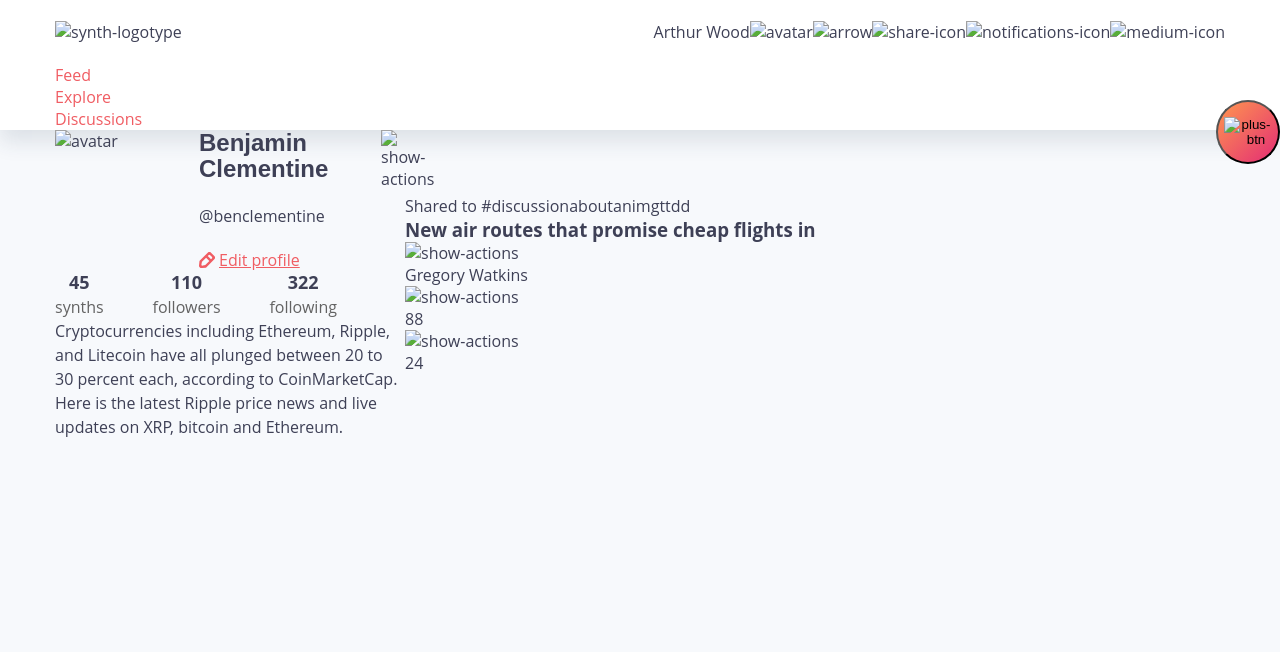
Repository: ecspetra/swivl-test-task
Page: index.html
An editor plug-in stored every save of this project. The page is shown before and after the next save, followed by the edit.
The browser window is 1280 px wide. The pictures show the whole page.

Above is the page before, as saved 2021-12-09 20:56:50.

### index.html
<!DOCTYPE html>
<html lang="en">

<head>
    <meta charset="UTF-8">
    <meta http-equiv="X-UA-Compatible" content="IE=edge">
    <meta name="viewport" content="width=device-width, initial-scale=1.0">
    <link rel="stylesheet" href="css/style.css">
    <title>Synth User Profile</title>
</head>

<body>
    <header>
        <div class="header">
            <div class="header__logo-wrapper">
                <img class="header__logo" src="" alt="synth-logotype">
            </div>
            <div class="header__profile">
                <div class="header__user">
                    <p class="header__username">Arthur Wood</p>
                    <div class="header__avatar-wrapper">
                        <img class="header__avatar" src="" alt="avatar">
                    </div>
                    <div class="header__arrow-wrapper">
                        <img class="header__arrow" src="" alt="arrow">
                    </div>
                </div>
                <div class="header__icons">
                    <div class="header__share-wrapper">
                        <img class="header__share" src="" alt="share-icon">
                    </div>
                    <div class="header__notifications-wrapper">
                        <img class="header__notifications" src="" alt="notifications-icon">
                    </div>
                    <div class="header__medium-wrapper">
                        <img class="header__medium" src="" alt="medium-icon">
                    </div>
                </div>
            </div>
        </div>
        <div class="header__navigation-wrapper">
            <nav class="header__navigation">
                <ul>
                    <li><a href="#">Feed</a></li>
                    <li><a href="#">Explore</a></li>
                    <li><a href="#">Discussions</a></li>
                </ul>
            </nav>
        </div>
        <button class="header__btn-wrapper">
            <img class="header__btn" src="" alt="plus-btn">
        </button>
    </header>
    <main>
        <section>
            <div class="profile">
                <div class="profile__user-details">
                    <div class="profile__general">
                        <div class="profile__avatar-wrapper">
                            <img class="profile__avatar" src="" alt="avatar">
                        </div>
                        <div class="profile__name-wrapper">
                            <h2 class="profile__name">Benjamin Clementine</h2>
                            <div class="profile__dots-wrapper">
                                <img class="profile__dots" src="" alt="show-actions">
                            </div>
                        </div>
                        <p class="profile__instagram">@benclementine</p>
                        <a class="profile__edit-btn" href="#">Edit profile</a>
                    </div>
                    <div class="profile__statistics">
                        <p class="profile__synths"><span>45</span><br>synths</p>
                        <p class="profile__followers"><span>110</span><br>followers</p>
                        <p class="profile__following"><span>322</span><br>following</p>
                    </div>
                    <p class="profile__description">Cryptocurrencies including Ethereum, Ripple, and Litecoin have all
                        plunged between 20 to 30 percent each, according to CoinMarketCap. Here is the latest Ripple
                        price news and live updates on XRP, bitcoin and Ethereum.</p>
                </div>

                <div class="profile__switcher"></div>

                <div class="profile__cards">
                    <article class="profile__card">
                        <p class="card__shared">Shared to <span>#discussionaboutanimgttdd</span></p>
                        <h1 class="card__">New air routes that promise cheap flights in</h1>
                        <div class="card__wrapper">
                            <div class="">
                                <div class="card__dots-wrapper">
                                    <img class="card__dots" src="" alt="show-actions">
                                </div>
                                <p class="">Gregory Watkins</p>
                            </div>
                            <div class="">
                                <div class="">
                                    <img class="card__dots" src="" alt="show-actions">
                                    <p class="">88</p>
                                </div>
                                <div class="">
                                    <img class="card__dots" src="" alt="show-actions">
                                    <p class="">24</p>
                                </div>
                            </div>
                        </div>
                    </article>
                </div>

            </div>
        </section>
    </main>

</body>

</html>

### css/style.css
body {
  width: 100%;
  height: auto;
  margin: 0;
  padding: 0;
  background-color: #f7f9fc;
  font-family: "Open Sans", sans-serif;
  color: #3e4056;
}

* {
  -webkit-box-sizing: border-box;
  box-sizing: border-box;
}

header {
  width: 100%;
  background-color: #ffffff;
  -webkit-box-shadow: 0px 12px 20px 0px rgba(34, 60, 80, 0.12);
  -moz-box-shadow: 0px 12px 20px 0px rgba(34, 60, 80, 0.12);
  box-shadow: 0px 12px 20px 0px rgba(34, 60, 80, 0.12);
}

main,
section {
  width: 100%;
}

a {
  text-decoration: none;
  color: #f05d63;
}

ul {
  padding: 0;
  margin: 0;
}
ul li {
  list-style-type: none;
}

h1,
h2 {
  margin: 0;
}

p {
  margin: 0;
}

.header {
  max-width: 1218px;
  padding: 21px 24px;
  margin: 0 auto;
  display: -webkit-box;
  display: -ms-flexbox;
  display: flex;
  -webkit-box-orient: horizontal;
  -webkit-box-direction: normal;
  -ms-flex-direction: row;
  flex-direction: row;
  -webkit-box-pack: justify;
  -ms-flex-pack: justify;
  justify-content: space-between;
  -webkit-box-align: center;
  -ms-flex-align: center;
  align-items: center;
  position: relative;
}

.header__profile {
  display: -webkit-box;
  display: -ms-flexbox;
  display: flex;
  -webkit-box-orient: horizontal;
  -webkit-box-direction: normal;
  -ms-flex-direction: row;
  flex-direction: row;
  -webkit-box-pack: end;
  -ms-flex-pack: end;
  justify-content: flex-end;
  -webkit-box-align: center;
  -ms-flex-align: center;
  align-items: center;
}

.header__user,
.header__icons {
  display: -webkit-box;
  display: -ms-flexbox;
  display: flex;
  -webkit-box-orient: horizontal;
  -webkit-box-direction: normal;
  -ms-flex-direction: row;
  flex-direction: row;
  -webkit-box-pack: justify;
  -ms-flex-pack: justify;
  justify-content: space-between;
  -webkit-box-align: center;
  -ms-flex-align: center;
  align-items: center;
}

.header__arrow-icon {
  width: 8px;
  height: 4px;
  opacity: 0.4;
}

.header__icon-wrapper {
  width: 32px;
  height: 32px;
}

.header__share-icon,
.header__share-icon,
.header__medium-icon {
  width: auto;
  height: 14px;
}

.header__navigation-wrapper {
  max-width: 1218px;
  padding: 0 24px;
  margin: 0 auto;
}

.navigation-list {
  display: -webkit-box;
  display: -ms-flexbox;
  display: flex;
  -webkit-box-orient: horizontal;
  -webkit-box-direction: normal;
  -ms-flex-direction: row;
  flex-direction: row;
  -webkit-box-pack: start;
  -ms-flex-pack: start;
  justify-content: flex-start;
  -webkit-box-align: center;
  -ms-flex-align: center;
  align-items: center;
  gap: 37px;
}

.navigation-list__item {
  color: #3e4056;
  text-transform: uppercase;
  font: 600 14px/16px "Open Sans", sans-serif;
  opacity: 0.6;
}

.navigation-list__item__active {
  opacity: 1;
}

.header__btn-wrapper {
  background: linear-gradient(to bottom right, #ff974f, #e32c75);
  width: 64px;
  height: 64px;
  border-radius: 50%;
  overflow: hidden;
  position: absolute;
  right: 0;
  top: 100px;
}

.header__btn {
  background: none;
  outline: 0;
  border: 0;
  width: 100%;
  height: 100%;
}

.profile {
  max-width: 1218px;
  padding: 0 24px;
  margin: 0 auto;
  display: -ms-grid;
  display: grid;
  grid-template-columns: 350px 1fr;
  grid-template-rows: auto auto;
  grid-template-areas: "profile__user-details profile__switcher" "profile__user-details profile__cards-wwrapper";
  -webkit-box-pack: center;
  -ms-flex-pack: center;
  justify-content: center;
  -webkit-box-align: start;
  -ms-flex-align: start;
  align-items: start;
}

.profile__user-details {
  grid-area: profile__user-details;
}

.profile__general {
  display: -ms-grid;
  display: grid;
  grid-template-columns: 120px 1fr;
  grid-template-rows: auto auto auto;
  grid-template-areas: "profile__avatar-wrapper profile__name-wrapper" "profile__avatar-wrapper profile__instagram" "profile__avatar-wrapper profile__edit-btn";
  -webkit-box-pack: center;
  -ms-flex-pack: center;
  justify-content: center;
  -webkit-box-align: start;
  -ms-flex-align: start;
  align-items: start;
  gap: 24px;
}

.profile__avatar-wrapper {
  grid-area: profile__avatar-wrapper;
  width: 120px;
  height: 120px;
}

.profile__avatar {
  width: 100%;
  height: 100%;
}

.profile__name-wrapper {
  grid-area: profile__name-wrapper;
  display: -webkit-box;
  display: -ms-flexbox;
  display: flex;
  -webkit-box-orient: horizontal;
  -webkit-box-direction: normal;
  -ms-flex-direction: row;
  flex-direction: row;
  -webkit-box-pack: justify;
  -ms-flex-pack: justify;
  justify-content: space-between;
  -webkit-box-align: start;
  -ms-flex-align: start;
  align-items: flex-start;
  -ms-flex-wrap: nowrap;
  flex-wrap: nowrap;
}

.profile__name {
  font: 600 24px/26px "Montserrat", sans-serif;
  max-width: 150px;
  display: -webkit-box;
  -webkit-line-clamp: 2;
  -webkit-box-orient: vertical;
  overflow: hidden;
  text-overflow: ellipsis;
}

.profile__dots-wrapper {
  width: 24px;
  height: 24px;
  cursor: pointer;
}

.profile__dots {
  width: 16px;
  height: 16px;
}

.profile__instagram {
  grid-area: profile__instagram;
  font: 400 16px/20px "Open Sans", sans-serif;
}

.profile__edit-btn {
  grid-area: profile__edit-btn;
  font: 400 16px/20px "Open Sans", sans-serif;
  text-decoration: underline;
  position: relative;
  padding: 0 0 0 20px;
}
.profile__edit-btn:before {
  content: "";
  width: 16px;
  height: 16px;
  background-image: url("../img/edit-icon.svg");
  background-position: center;
  background-size: 100%;
  background-repeat: no-repeat;
  position: absolute;
  top: 50%;
  left: 0;
  -webkit-transform: translateY(-50%);
  -ms-transform: translateY(-50%);
  transform: translateY(-50%);
}

.profile__statistics {
  display: -webkit-box;
  display: -ms-flexbox;
  display: flex;
  -webkit-box-orient: horizontal;
  -webkit-box-direction: normal;
  -ms-flex-direction: row;
  flex-direction: row;
  -webkit-box-pack: justify;
  -ms-flex-pack: justify;
  justify-content: space-between;
  -webkit-box-align: start;
  -ms-flex-align: start;
  align-items: flex-start;
  -ms-flex-wrap: nowrap;
  flex-wrap: nowrap;
  max-width: 282px;
}

.profile__synths,
.profile__followers,
.profile__following {
  font: 400 16px/24px "Open Sans", sans-serif;
  text-align: center;
  color: #636363;
}
.profile__synths span,
.profile__followers span,
.profile__following span {
  font: 700 18px/24px "Open Sans", sans-serif;
  color: #3e4056;
}

.profile__description {
  font: 400 16px/24px "Open Sans", sans-serif;
}

.profile__switcher {
  grid-area: profile__switcher;
}

.profile__cards-wrapper {
  grid-area: profile__cards-wrapper;
  display: -webkit-box;
  display: -ms-flexbox;
  display: flex;
  -webkit-box-orient: horizontal;
  -webkit-box-direction: normal;
  -ms-flex-direction: row;
  flex-direction: row;
  -webkit-box-pack: justify;
  -ms-flex-pack: justify;
  justify-content: space-between;
  -webkit-box-align: start;
  -ms-flex-align: start;
  align-items: flex-start;
  -ms-flex-wrap: wrap;
  flex-wrap: wrap;
  gap: 24px;
}

.profile-card {
  background-color: #ffffff;
  border-radius: 8px;
  width: 100%;
  height: 280px;
  max-width: 374px;
  -webkit-box-shadow: 0px 12px 20px 0px rgba(34, 60, 80, 0.12);
  -moz-box-shadow: 0px 12px 20px 0px rgba(34, 60, 80, 0.12);
  box-shadow: 0px 12px 20px 0px rgba(34, 60, 80, 0.12);
  padding: 24px;
  display: -webkit-box;
  display: -ms-flexbox;
  display: flex;
  -webkit-box-orient: vertical;
  -webkit-box-direction: normal;
  -ms-flex-direction: column;
  flex-direction: column;
  -webkit-box-pack: justify;
  -ms-flex-pack: justify;
  justify-content: space-between;
  -webkit-box-align: start;
  -ms-flex-align: start;
  align-items: flex-start;
}

p + .profile-card__headline {
  padding: 0;
}

.profile-card__headline {
  padding: 40px 0 0;
  font: 400 36px/44px "Montserrat", sans-serif;
  display: -webkit-box;
  -webkit-line-clamp: 3;
  -webkit-box-orient: vertical;
  overflow: hidden;
  text-overflow: ellipsis;
}

.profile-card__author-photo {
  width: 24px;
  height: 24px;
  min-width: 24px;
  min-height: 24px;
}

.profile-card__author {
  width: 100%;
  height: 100%;
}

.profile-card__author-name {
  font: 600 14px/16px "Open Sans", sans-serif;
  white-space: nowrap;
  overflow: hidden;
  text-overflow: ellipsis;
  max-width: 160px;
  color: #3e4056;
}

.profile-card__author-wrapper,
.profile-card__bottom,
.profile-card__actions-wrapper {
  display: -webkit-box;
  display: -ms-flexbox;
  display: flex;
  -webkit-box-orient: horizontal;
  -webkit-box-direction: normal;
  -ms-flex-direction: row;
  flex-direction: row;
  -webkit-box-pack: justify;
  -ms-flex-pack: justify;
  justify-content: space-between;
  -webkit-box-align: center;
  -ms-flex-align: center;
  align-items: center;
  gap: 0 16px;
}

.profile-card__bottom {
  width: 100%;
}

.profile-card__author-wrapper {
  gap: 0 8px;
}

.profile-card__share-wrapper {
  text-align: right;
}

.profile-card__share-link {
  font: 400 18px/24px "Open Sans", sans-serif;
}

.profile-card__top {
  font: 600 16px/18px "Open Sans", sans-serif;
  width: 100%;
  white-space: nowrap;
  overflow: hidden;
  text-overflow: ellipsis;
}
.profile-card__top span {
  background-color: #ecf1f8;
  border-radius: 6px;
  padding: 0 3px;
}

.profile-card__icon-wrapper {
  display: -webkit-box;
  display: -ms-flexbox;
  display: flex;
  -webkit-box-orient: horizontal;
  -webkit-box-direction: normal;
  -ms-flex-direction: row;
  flex-direction: row;
  -webkit-box-pack: justify;
  -ms-flex-pack: justify;
  justify-content: space-between;
  -webkit-box-align: center;
  -ms-flex-align: center;
  align-items: center;
  gap: 0 8px;
}

.profile-card__icon {
  width: auto;
  height: 16px;
}

.profile-card__icon-counter {
  font: 600 14px/16px "Open Sans", sans-serif;
}

.weblink-shared {
  position: relative;
  padding: 0 0 0 20px;
}
.weblink-shared:before {
  content: "";
  width: 16px;
  height: 16px;
  background-image: url("../img/shared-link.svg");
  background-position: center;
  background-size: 100%;
  background-repeat: no-repeat;
  position: absolute;
  top: 50%;
  left: 0;
  -webkit-transform: translateY(-50%);
  -ms-transform: translateY(-50%);
  transform: translateY(-50%);
}

/*# sourceMappingURL=style.css.map */

After the next save:
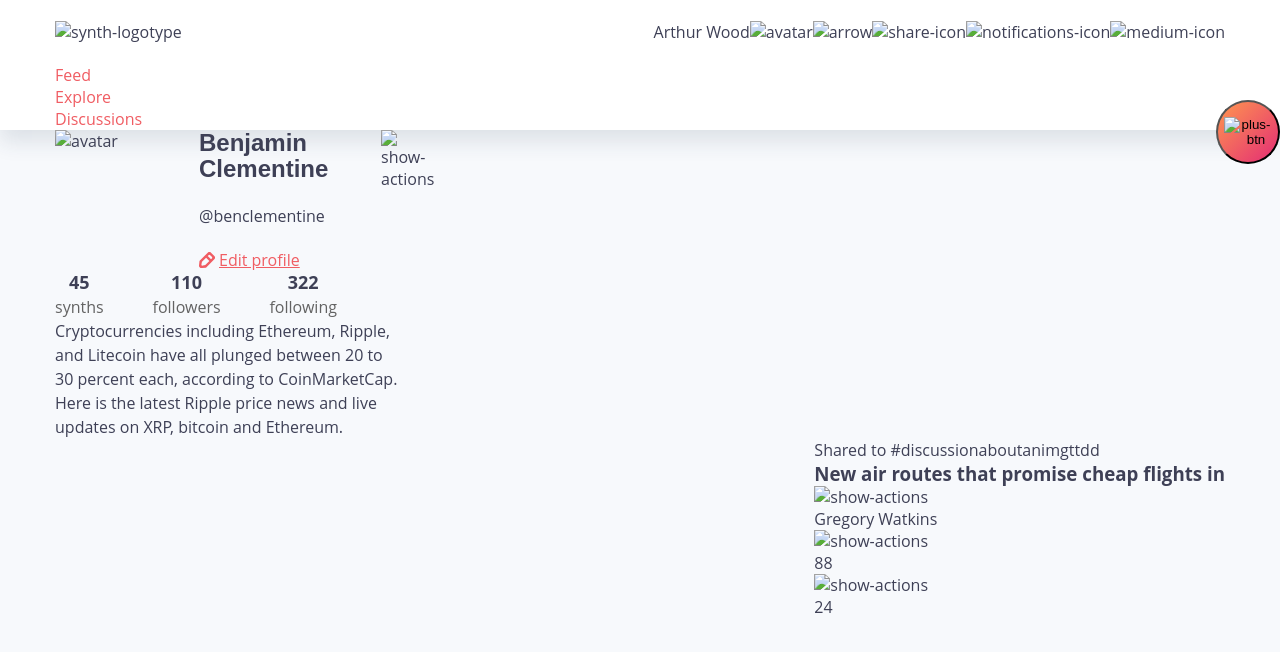
Saved 2 min 41 s later.
--- a/index.html
+++ b/index.html
@@ -80,24 +80,24 @@
 
                 <div class="profile__switcher"></div>
 
-                <div class="profile__cards">
+                <div class="profile__cards-wrapper">
                     <article class="profile__card">
-                        <p class="card__shared">Shared to <span>#discussionaboutanimgttdd</span></p>
-                        <h1 class="card__">New air routes that promise cheap flights in</h1>
-                        <div class="card__wrapper">
+                        <p class="profile__card__shared-row">Shared to <span>#discussionaboutanimgttdd</span></p>
+                        <h1 class="profile__card__">New air routes that promise cheap flights in</h1>
+                        <div class="profile__card__wrapper">
                             <div class="">
-                                <div class="card__dots-wrapper">
-                                    <img class="card__dots" src="" alt="show-actions">
+                                <div class="profile__card__dots-wrapper">
+                                    <img class="profile__card__dots" src="" alt="show-actions">
                                 </div>
                                 <p class="">Gregory Watkins</p>
                             </div>
                             <div class="">
                                 <div class="">
-                                    <img class="card__dots" src="" alt="show-actions">
+                                    <img class="profile__card__dots" src="" alt="show-actions">
                                     <p class="">88</p>
                                 </div>
                                 <div class="">
-                                    <img class="card__dots" src="" alt="show-actions">
+                                    <img class="profile__card__dots" src="" alt="show-actions">
                                     <p class="">24</p>
                                 </div>
                             </div>
